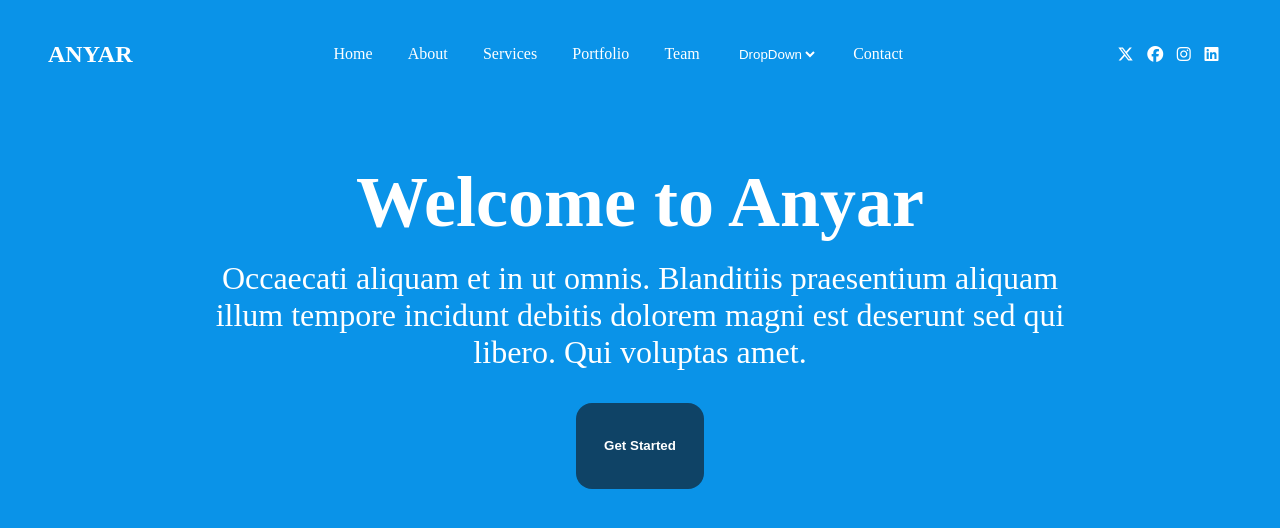
Repository: Sharathguru/web_Project
Page: home.html
The author's editor kept a copy of each file at every save. The page is drawn from the files as they stood at one save, then again after the next save.
The browser window is 1280 px wide. The pictures show the whole page.

Above is the page before, as saved 2025-03-21 20:58:56.

After the next save:
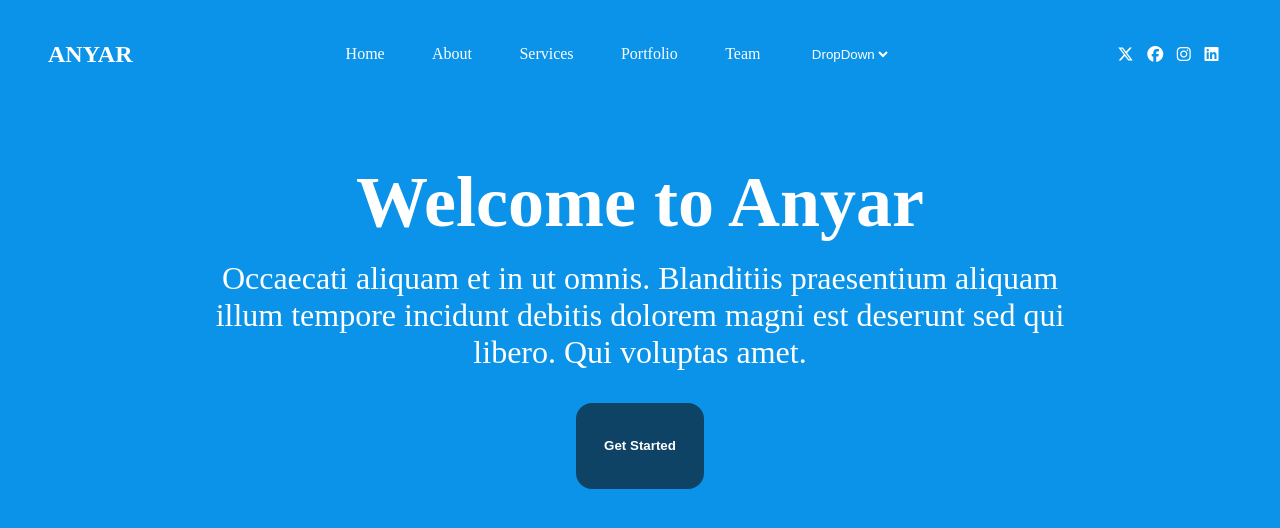
Saved 18 s later.
--- a/home.html
+++ b/home.html
@@ -24,7 +24,7 @@
           <option class="drop1">Value 2</option>
           <option class="drop1">Value 3</option>
         </select>
-        <a href="Contact.html">Contact</a>
+
       </div>
       <div id="nav-heading3">
         <i class="fa-brands fa-x-twitter"></i>
